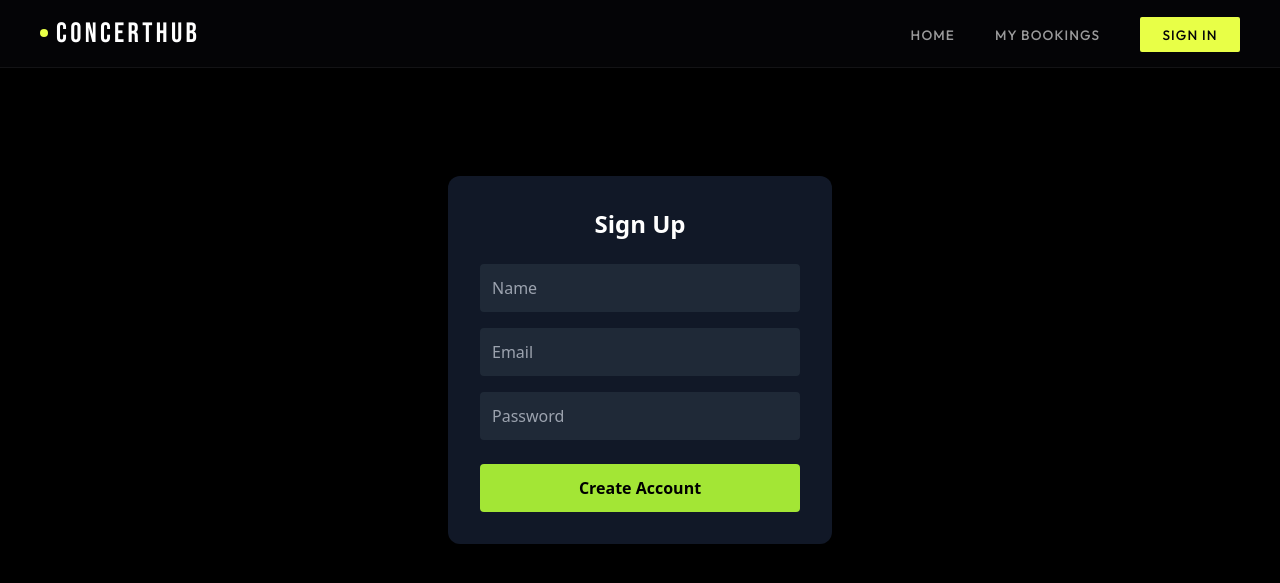
Repository: MayThetNaingBo/concert-booking-system
Page: /register (app in client/)
These files come from the project's save history. The page is drawn as it stood at one moment and after a run of saves; the edit follows.
The browser window is 1280 px wide. The pictures show the whole page.
The project was rebuilt for these pictures with package versions that can differ from the ones it lists, and the page was loaded fresh each time. Also part of the build but not shown: client/vite.config.js, client/src/services/concertService.js, client/src/components/ConcertCard.jsx, client/src/components/hero.jsx, client/src/pages/Home.jsx, client/src/services/bookingService.js, client/src/services/seatService.js, client/src/pages/ConcertDetails.jsx. Imported but missing from the stored project, and not drawn on this page: client/src/api/axios, client/src/pages/Login.

Above is the page before, as saved 2026-03-09 00:31:52.

### client/src/main.jsx
import React from "react";
import ReactDOM from "react-dom/client";
import { BrowserRouter } from "react-router-dom";
import App from "./App";
import "./index.css";

ReactDOM.createRoot(document.getElementById("root")).render(
  <React.StrictMode>
    <BrowserRouter>
      <App />
    </BrowserRouter>
  </React.StrictMode>
);

### client/src/App.jsx
import { Routes, Route } from "react-router-dom";
import Navbar from "./components/Navbar";
import Home from "./pages/Home";
import ConcertDetails from "./pages/ConcertDetails";
import Login from "./pages/Login";
import Register from "./pages/Register";


function App() {
  return (
    <>
      <Navbar />

      <Routes>
        <Route path="/" element={<Home />} />
        <Route path="/concert/:id" element={<ConcertDetails />} />
        <Route path="/login" element={<Login />} />
<Route path="/register" element={<Register />} />
      </Routes>
    </>
  );
}

export default App;

### client/src/components/Navbar.jsx
import { Link } from "react-router-dom";
import { useState } from "react";


function Navbar() {
  const [menuOpen, setMenuOpen] = useState(false);

  return (
    <>
      <style>{`
        @import url('https://fonts.googleapis.com/css2?family=Bebas+Neue&family=Outfit:wght@300;400;500;600&display=swap');

        .navbar {
          position: fixed;
          top: 0;
          left: 0;
          right: 0;
          z-index: 100;
          background: rgba(5, 5, 8, 0.85);
          backdrop-filter: blur(20px);
          -webkit-backdrop-filter: blur(20px);
          border-bottom: 1px solid rgba(255, 255, 255, 0.06);
          padding: 0 2.5rem;
          height: 68px;
          display: flex;
          align-items: center;
          justify-content: space-between;
        }

        .navbar-logo {
          font-family: 'Bebas Neue', sans-serif;
          font-size: 1.75rem;
          letter-spacing: 0.12em;
          color: #fff;
          text-decoration: none;
          display: flex;
          align-items: center;
          gap: 0.5rem;
        }

        .navbar-logo-dot {
          width: 8px;
          height: 8px;
          border-radius: 50%;
          background: #e8ff47;
          display: inline-block;
          margin-bottom: 2px;
        }

        .navbar-links {
          display: flex;
          align-items: center;
          gap: 2.5rem;
          list-style: none;
          margin: 0;
          padding: 0;
        }

        .navbar-links a {
          font-family: 'Outfit', sans-serif;
          font-size: 0.85rem;
          font-weight: 500;
          letter-spacing: 0.08em;
          text-transform: uppercase;
          color: rgba(255, 255, 255, 0.6);
          text-decoration: none;
          transition: color 0.2s;
          position: relative;
        }

        .navbar-links a::after {
          content: '';
          position: absolute;
          bottom: -4px;
          left: 0;
          width: 0;
          height: 1px;
          background: #e8ff47;
          transition: width 0.3s ease;
        }

        .navbar-links a:hover {
          color: #fff;
        }

        .navbar-links a:hover::after {
          width: 100%;
        }

        .navbar-cta {
          font-family: 'Outfit', sans-serif;
          font-size: 0.8rem;
          font-weight: 600;
          letter-spacing: 0.1em;
          text-transform: uppercase;
          color: #050508 !important;
          background: #e8ff47;
          padding: 0.55rem 1.4rem;
          border-radius: 2px;
          text-decoration: none;
          transition: background 0.2s, transform 0.1s !important;
        }

        .navbar-cta:hover {
          background: #f5ff8a !important;
          color: #050508 !important;
          transform: translateY(-1px);
        }

        .navbar-cta::after {
          display: none !important;
        }
      `}</style>

      <nav className="navbar">
        <Link to="/" className="navbar-logo">
          <span className="navbar-logo-dot"></span>
          ConcertHub
        </Link>

        <ul className="navbar-links">
          <li><Link to="/">Home</Link></li>
          <li><Link to="/my-bookings">My Bookings</Link></li>
          <li><Link to="/login" className="navbar-cta">Sign In</Link></li>
        </ul>
      </nav>
    </>
  );
}

export default Navbar;

### client/src/pages/Register.jsx
import { useState } from "react";
import { useNavigate } from "react-router-dom";

function Register() {

  const [name, setName] = useState("");
  const [email, setEmail] = useState("");
  const [password, setPassword] = useState("");

  const navigate = useNavigate();

  const handleRegister = async (e) => {
    e.preventDefault();

    try {

      const res = await fetch("http://localhost:5000/api/users/register", {
        method: "POST",
        headers: {
          "Content-Type": "application/json"
        },
        body: JSON.stringify({
          name,
          email,
          password
        })
      });

      const data = await res.json();

      if (!res.ok) {
        throw new Error(data.message);
      }

      // Save token
      localStorage.setItem("token", data.token);

      alert("Account created!");

      navigate("/");

    } catch (error) {

      alert(error.message);

    }
  };

  return (

    <div className="min-h-screen flex items-center justify-center bg-black text-white">

      <form
        onSubmit={handleRegister}
        className="bg-gray-900 p-8 rounded-xl w-96"
      >

        <h2 className="text-2xl font-bold mb-6 text-center">
          Sign Up
        </h2>

        <input
          type="text"
          placeholder="Name"
          className="w-full p-3 mb-4 rounded bg-gray-800"
          value={name}
          onChange={(e)=>setName(e.target.value)}
          required
        />

        <input
          type="email"
          placeholder="Email"
          className="w-full p-3 mb-4 rounded bg-gray-800"
          value={email}
          onChange={(e)=>setEmail(e.target.value)}
          required
        />

        <input
          type="password"
          placeholder="Password"
          className="w-full p-3 mb-6 rounded bg-gray-800"
          value={password}
          onChange={(e)=>setPassword(e.target.value)}
          required
        />

        <button
          className="w-full bg-lime-400 text-black p-3 rounded font-bold"
        >
          Create Account
        </button>

      </form>

    </div>
  );
}

export default Register;

Loaded but not shown: client/index.html (common file); client/src/index.css (common file); client/tailwind.config.js (common file)

After the next 2 saves:
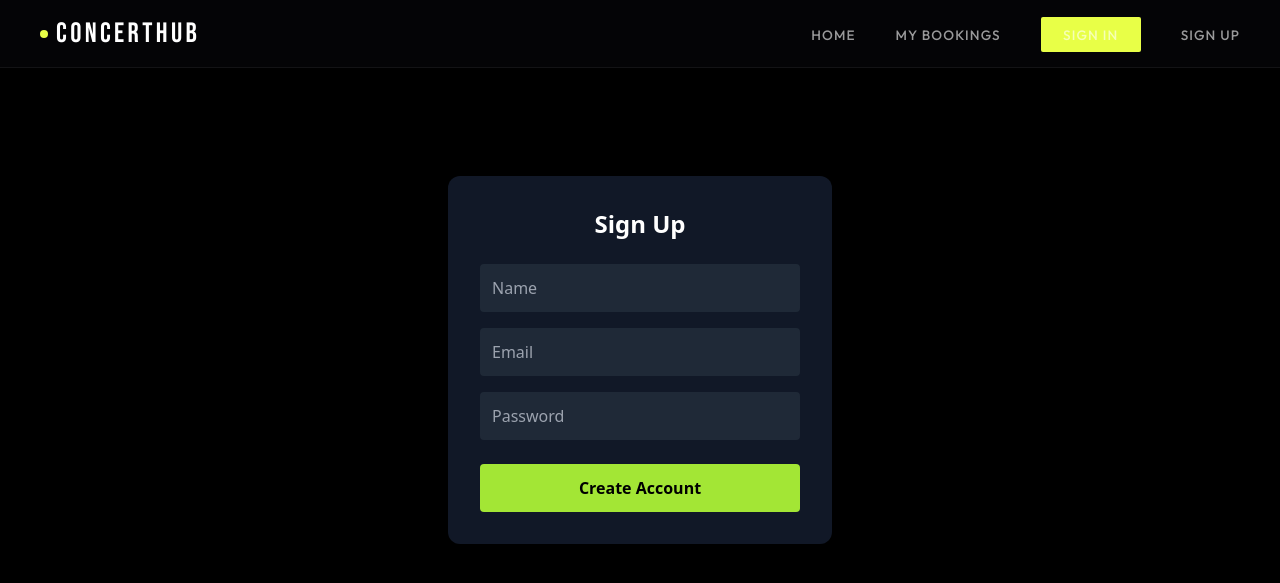
The 2 saves are shown as one change because 1 did not build or start.
The last was saved 2 min 6 s later.
--- a/client/src/components/Navbar.jsx
+++ b/client/src/components/Navbar.jsx
@@ -1,9 +1,13 @@
 import { Link } from "react-router-dom";
-import { useState } from "react";
-
 
 function Navbar() {
-  const [menuOpen, setMenuOpen] = useState(false);
+
+  const token = localStorage.getItem("token");
+
+  const handleLogout = () => {
+    localStorage.removeItem("token");
+    window.location.reload();
+  };
 
   return (
     <>
@@ -18,8 +22,7 @@ function Navbar() {
           z-index: 100;
           background: rgba(5, 5, 8, 0.85);
           backdrop-filter: blur(20px);
-          -webkit-backdrop-filter: blur(20px);
-          border-bottom: 1px solid rgba(255, 255, 255, 0.06);
+          border-bottom: 1px solid rgba(255,255,255,0.06);
           padding: 0 2.5rem;
           height: 68px;
           display: flex;
@@ -43,8 +46,6 @@ function Navbar() {
           height: 8px;
           border-radius: 50%;
           background: #e8ff47;
-          display: inline-block;
-          margin-bottom: 2px;
         }
 
         .navbar-links {
@@ -52,8 +53,6 @@ function Navbar() {
           align-items: center;
           gap: 2.5rem;
           list-style: none;
-          margin: 0;
-          padding: 0;
         }
 
         .navbar-links a {
@@ -62,29 +61,29 @@ function Navbar() {
           font-weight: 500;
           letter-spacing: 0.08em;
           text-transform: uppercase;
-          color: rgba(255, 255, 255, 0.6);
+          color: rgba(255,255,255,0.6);
           text-decoration: none;
           transition: color 0.2s;
           position: relative;
-        }
-
-        .navbar-links a::after {
-          content: '';
-          position: absolute;
-          bottom: -4px;
-          left: 0;
-          width: 0;
-          height: 1px;
-          background: #e8ff47;
-          transition: width 0.3s ease;
         }
 
         .navbar-links a:hover {
           color: #fff;
         }
 
+        .navbar-links a::after {
+          content:'';
+          position:absolute;
+          bottom:-4px;
+          left:0;
+          width:0;
+          height:1px;
+          background:#e8ff47;
+          transition:width .3s;
+        }
+
         .navbar-links a:hover::after {
-          width: 100%;
+          width:100%;
         }
 
         .navbar-cta {
@@ -93,36 +92,64 @@ function Navbar() {
           font-weight: 600;
           letter-spacing: 0.1em;
           text-transform: uppercase;
-          color: #050508 !important;
-          background: #e8ff47;
-          padding: 0.55rem 1.4rem;
-          border-radius: 2px;
-          text-decoration: none;
-          transition: background 0.2s, transform 0.1s !important;
+          color:#050508;
+          background:#e8ff47;
+          padding:0.55rem 1.4rem;
+          border-radius:2px;
+          text-decoration:none;
+          transition:background .2s, transform .1s;
         }
 
         .navbar-cta:hover {
-          background: #f5ff8a !important;
-          color: #050508 !important;
-          transform: translateY(-1px);
-        }
-
-        .navbar-cta::after {
-          display: none !important;
+          background:#f5ff8a;
+          transform:translateY(-1px);
         }
       `}</style>
 
       <nav className="navbar">
+
         <Link to="/" className="navbar-logo">
           <span className="navbar-logo-dot"></span>
           ConcertHub
         </Link>
 
         <ul className="navbar-links">
-          <li><Link to="/">Home</Link></li>
-          <li><Link to="/my-bookings">My Bookings</Link></li>
-          <li><Link to="/login" className="navbar-cta">Sign In</Link></li>
+
+          <li>
+            <Link to="/">Home</Link>
+          </li>
+
+          <li>
+            <Link to="/my-bookings">My Bookings</Link>
+          </li>
+
+          {!token ? (
+            <>
+              <li>
+                <Link to="/login" className="navbar-cta">
+                  Sign In
+                </Link>
+              </li>
+
+              <li>
+                <Link to="/register">
+                  Sign Up
+                </Link>
+              </li>
+            </>
+          ) : (
+            <li>
+              <button
+                onClick={handleLogout}
+                className="navbar-cta"
+              >
+                Logout
+              </button>
+            </li>
+          )}
+
         </ul>
+
       </nav>
     </>
   );
